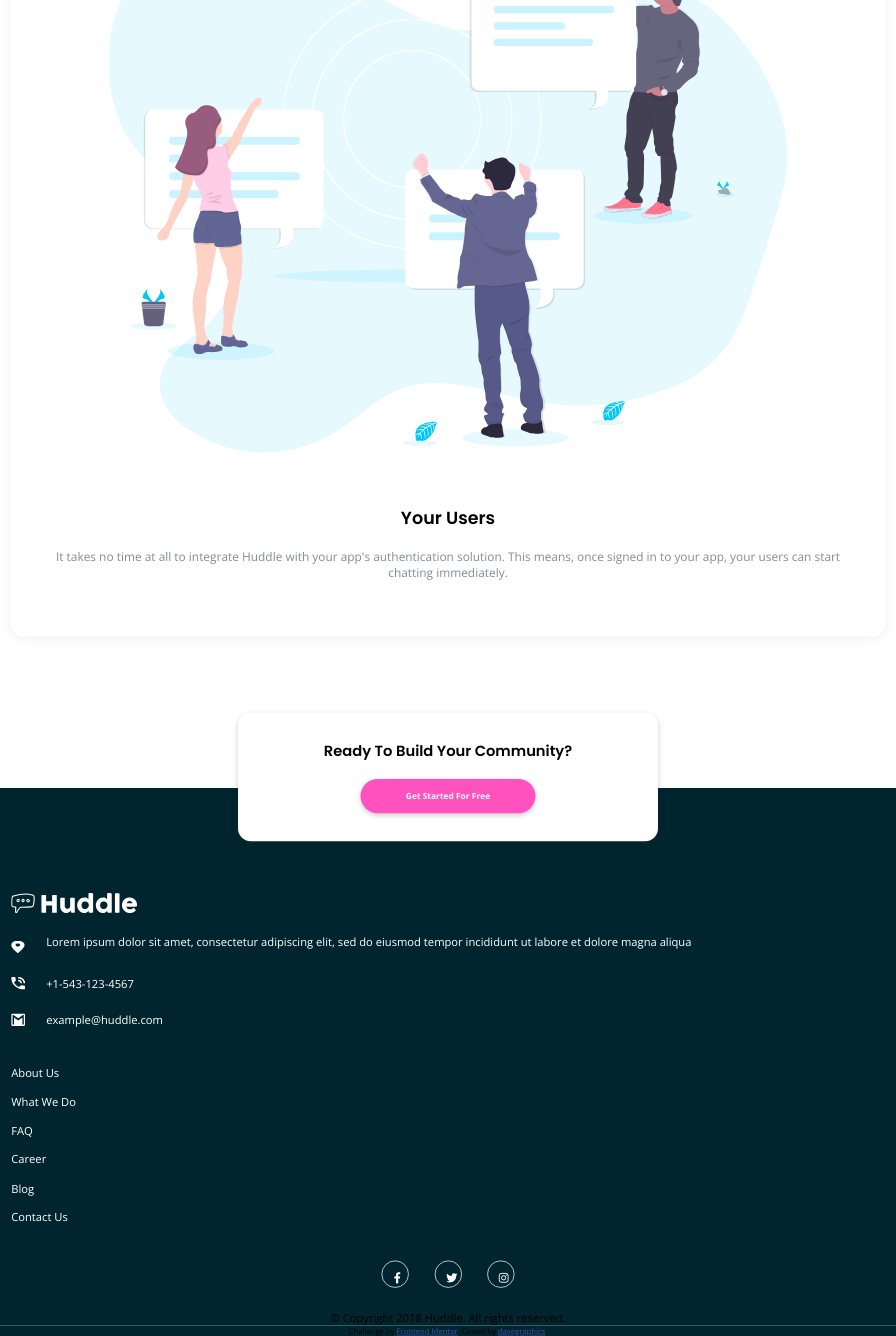
Repository: DejV44/Huddle-landing-page
Page: index.html
An editor plug-in stored every save of this project. The page is shown before and after the next save, followed by the edit.
The browser window is 1280 px wide. The pictures show the part of the page from y = 3734 to 5654 px (the page is 5643 px tall before and 5654 px after), at 70% of full size.
The style sheet was rebuilt from its Sass, Less or Tailwind sources for each picture, by a compiler version that may differ from the author's.

Above is the page before, as saved 2021-08-20 13:00:21.

After the next save:
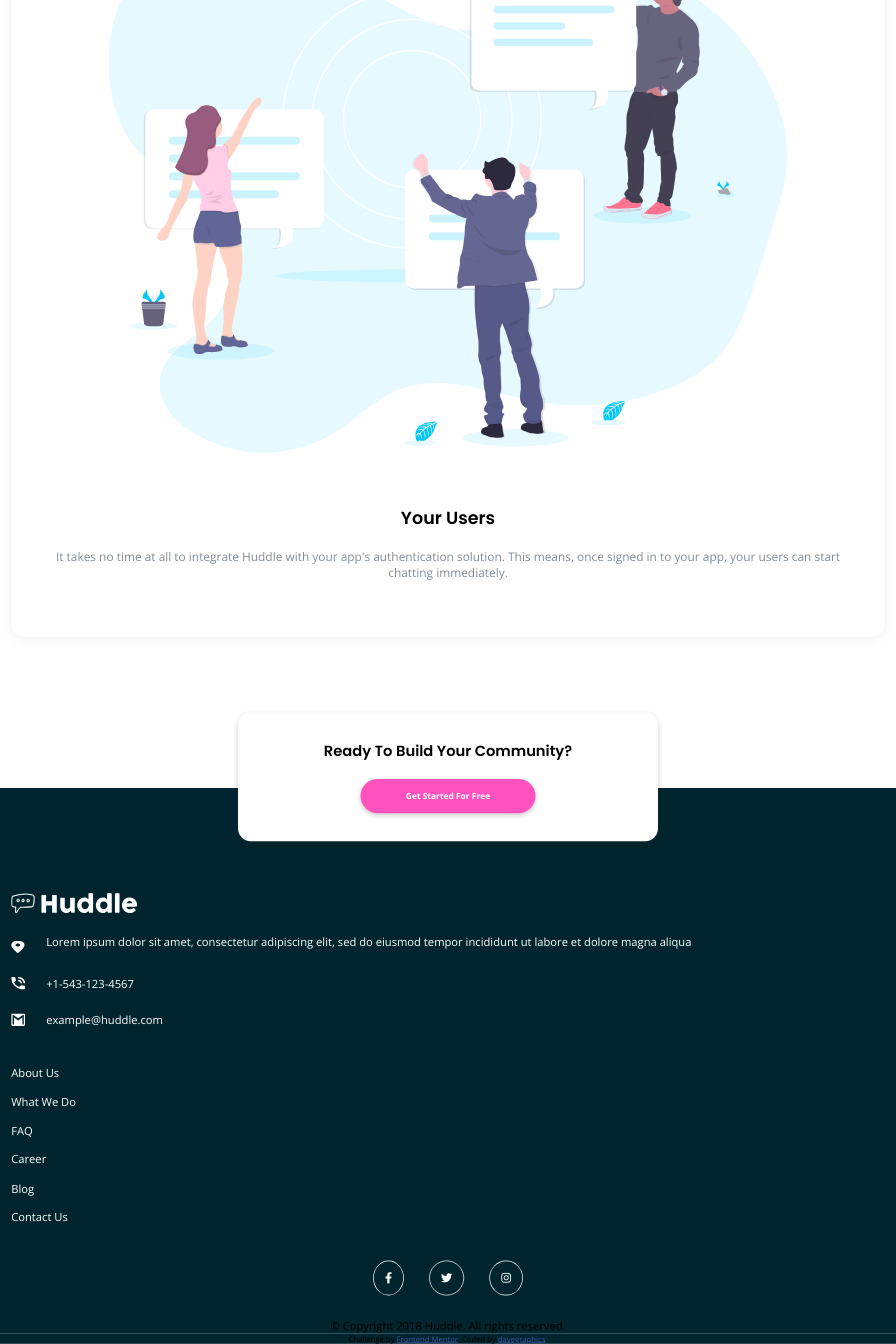
Saved 39 s later.
--- a/css/_footer.scss
+++ b/css/_footer.scss
@@ -52,8 +52,7 @@ footer {
             i {
                 margin: 1rem;
                 padding: 1em;
-                width: 5px;
-                height: 5px;
+
                 border: 1px solid white;
                 border-radius: 50%;
             }
